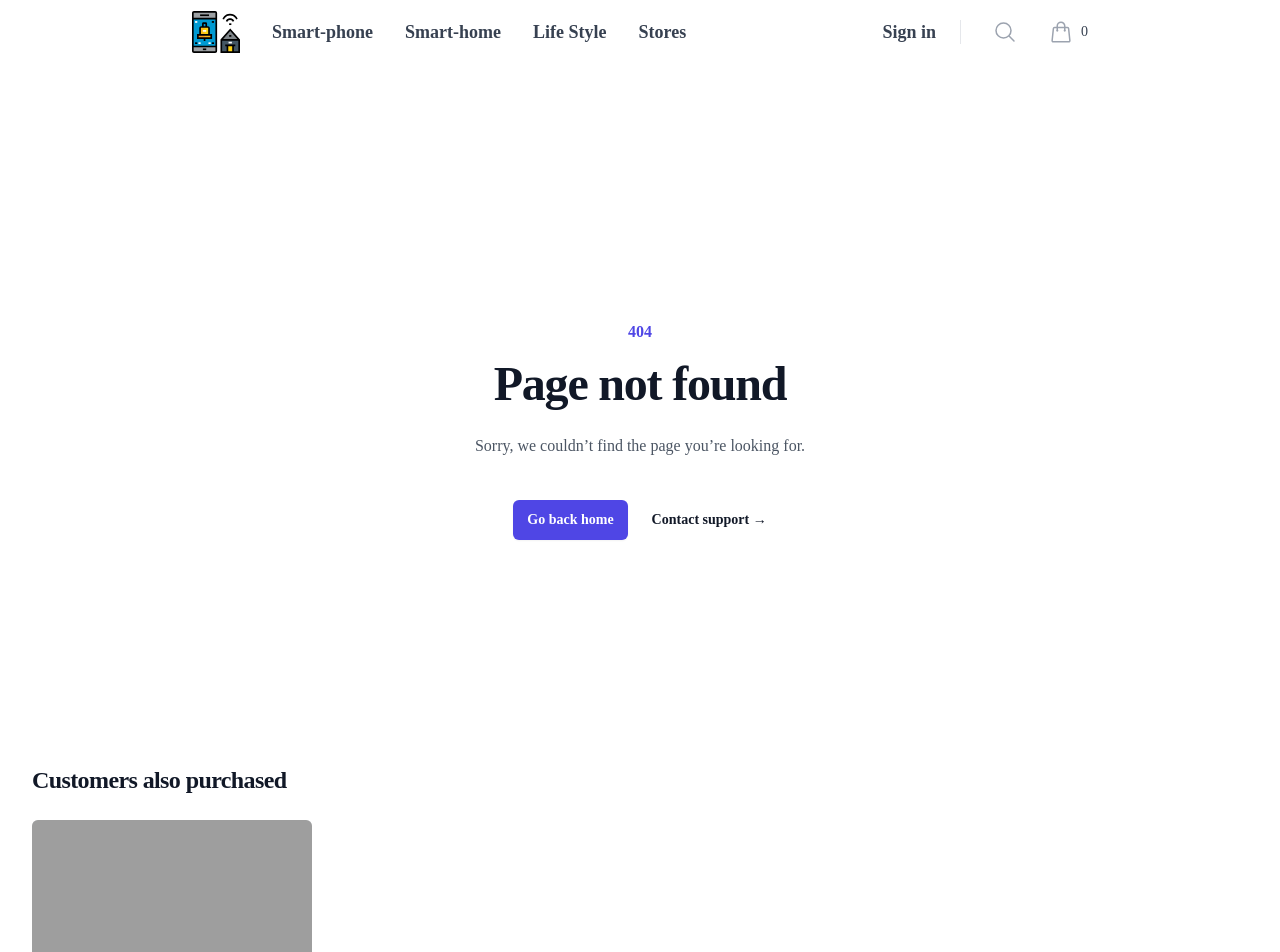
Repository: Gunplay/Smart-Home
Page: /
These files come from the project's save history. The page is drawn as it stood at one moment and after the next save; the edit follows.
The browser window is 1280 px wide. The pictures show the part of the page from y = 0 to 952 px (the page is 1912 px tall before and 2064 px after).
Pictures or frames that could not be fetched are drawn as grey boxes. The project was rebuilt for these pictures with package versions that can differ from the ones it lists, and the page was loaded fresh each time. Also part of the build but not shown: vite.config.js, vite.config.ts.

Above is the page before, as saved 2024-06-25 13:20:41.

After the next save:
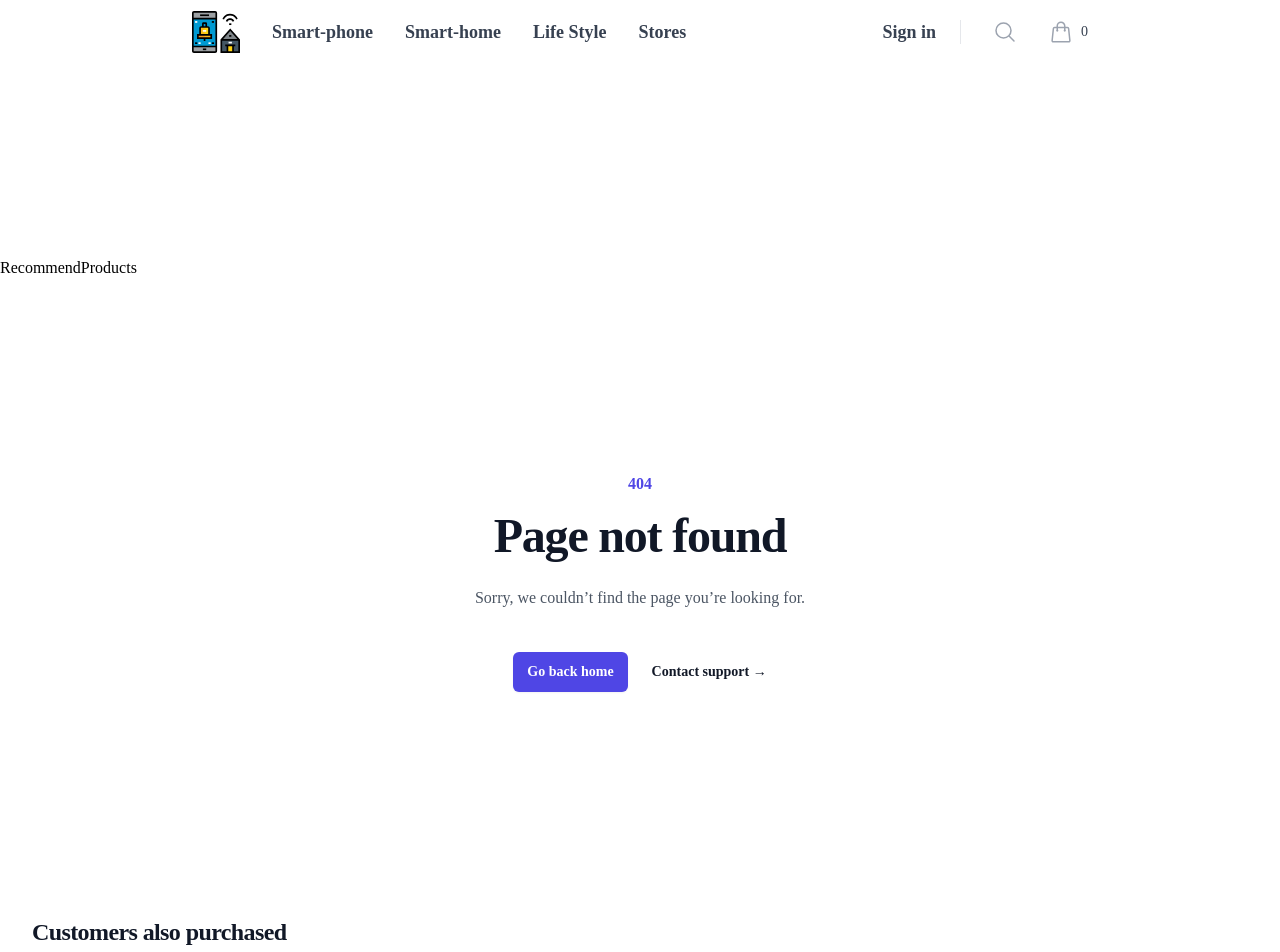
Saved 36 s later.
--- a/src/App.tsx
+++ b/src/App.tsx
@@ -7,6 +7,7 @@ import Carousel from './components/Carousel';
 import Header from './components/Header';
 import PageNotFound from './components/Page404';
 import ProductsList from './components/ProductsList';
+import RecommendProducts from './components/RecommendProducts';
 
 function App() {
 	return (
@@ -14,6 +15,7 @@ function App() {
 			<div className='mr-[3.75rem] pt-[4.75rem] lg:pt-[5.25rem] overflow-hidden'>
 				<Header />
 				<Carousel />
+				<RecommendProducts />
 			</div>
 			<PageNotFound />
 
